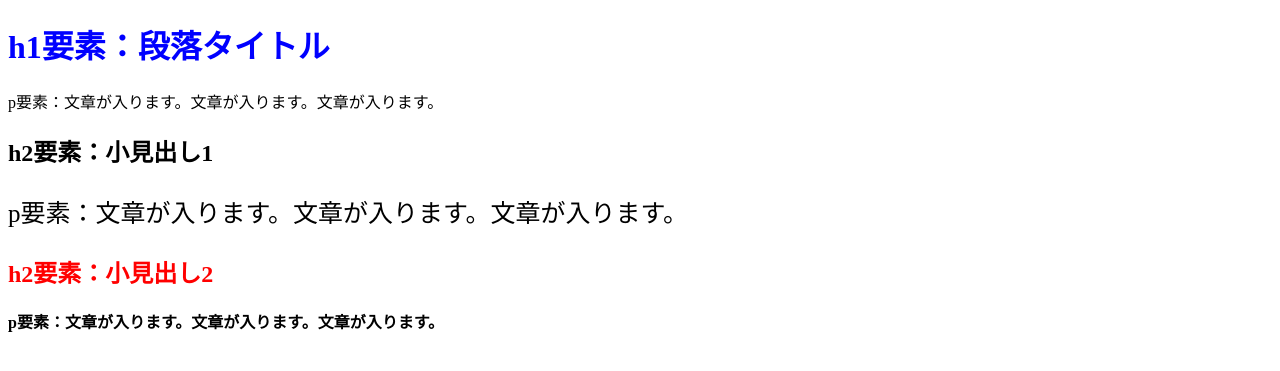
Repository: KAZMA5/samurai_HTML-CSS
Page: 20210325/bb.html
The author's editor kept a record of every edit. The page is drawn from the files as they stood at one moment, then again after the next edit.
The browser window is 1280 px wide. The pictures show the whole page.

Above is the page before.

### 20210325/bb.html
<!DOCTYPE html>
<html lang="ja">
    <head>
        <meta charset="UTF-8">
        <title>HTML/CSSの学習</title>
       <style>
      #red{
        color: red;
      }
        .blue{
        color: blue;
        }
        </style>
    </head>
    <body>
        <h1 class="blue">h1要素：段落タイトル</h1>
        <p>p要素：文章が入ります。文章が入ります。文章が入ります。</p>
        <h2>h2要素：小見出し1</h2>
        <p style="font-size: 25px;">
            p要素：文章が入ります。文章が入ります。文章が入ります。
        </p>
        <h2 id="red">h2要素：小見出し2</h2>
        <p style="font-weight: bold;">
            p要素：文章が入ります。文章が入ります。文章が入ります。
        </p>
    </body>
</html>

After the next edit:
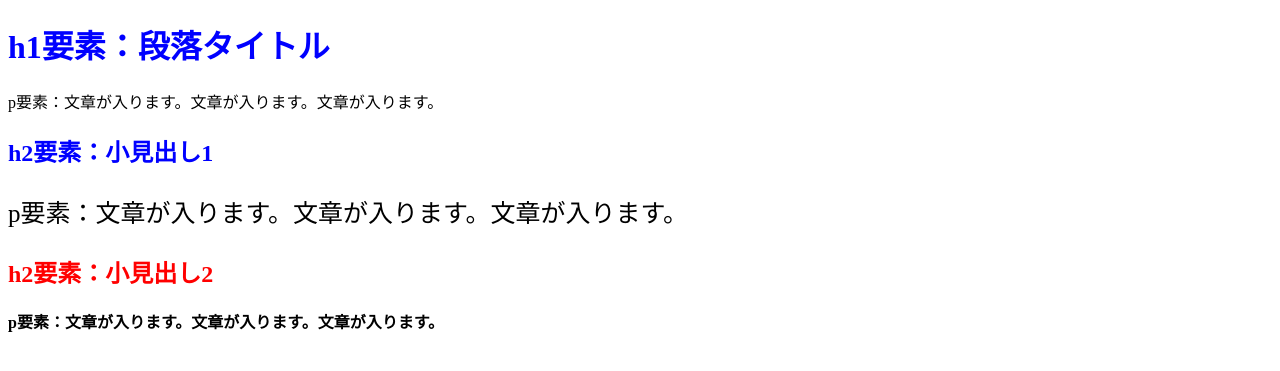
The edit:
--- a/20210325/bb.html
+++ b/20210325/bb.html
@@ -15,7 +15,7 @@
     <body>
         <h1 class="blue">h1要素：段落タイトル</h1>
         <p>p要素：文章が入ります。文章が入ります。文章が入ります。</p>
-        <h2>h2要素：小見出し1</h2>
+        <h2 class="blue">h2要素：小見出し1</h2>
         <p style="font-size: 25px;">
             p要素：文章が入ります。文章が入ります。文章が入ります。
         </p>
